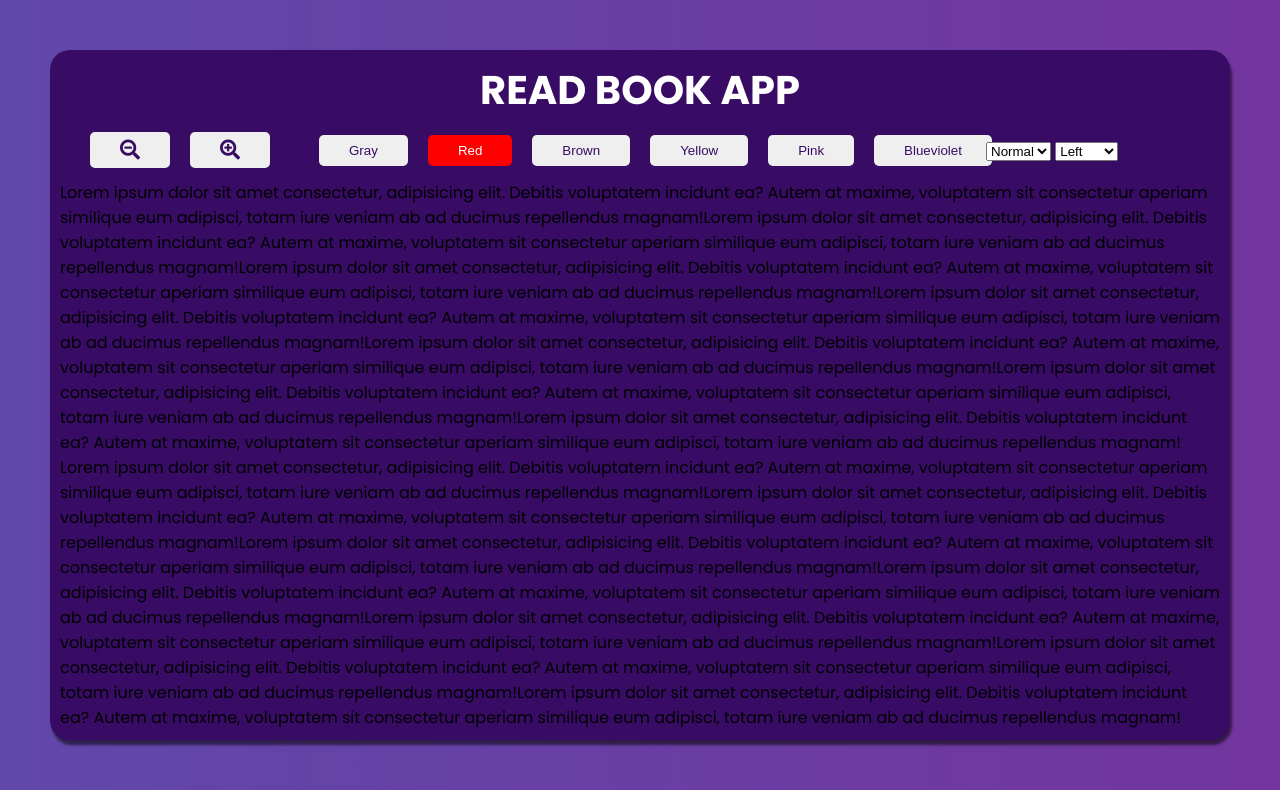
Repository: dinhconglam2306/frontend_tu_xa
Page: b09/02-reading-info/index.html
The author's editor kept a copy of each file at every save. The page is drawn from the files as they stood at one save, then again after the next save.
The browser window is 1280 px wide. The pictures show the whole page.
Some web libraries are served in a nearby version. The style sheet was rebuilt from its Sass, Less or Tailwind sources for each picture, by a compiler version that may differ from the author's.

Above is the page before, as saved 2021-04-25 06:39:31.

After the next save:
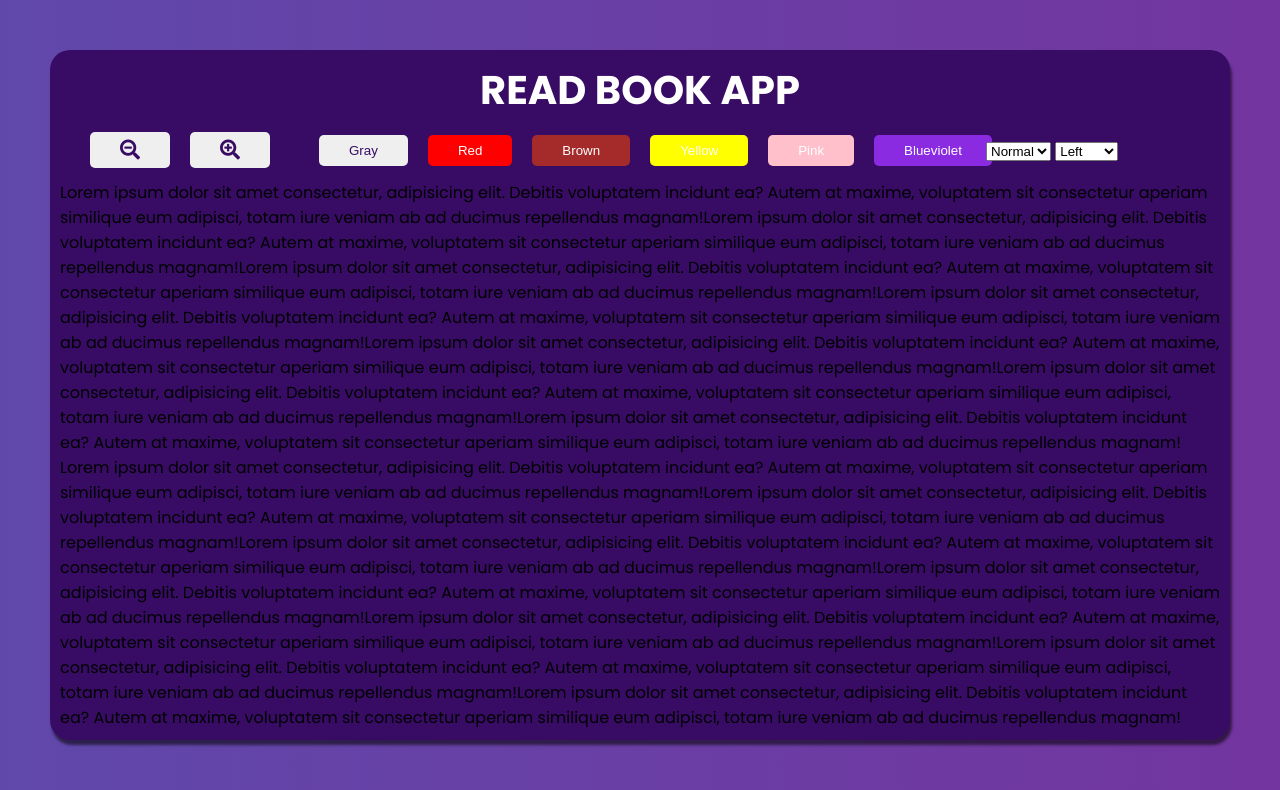
Saved 69 s later.
--- a/b09/02-reading-info/style.scss
+++ b/b09/02-reading-info/style.scss
@@ -107,6 +107,22 @@ img {
           background-color: red;
           color: white;
         }
+        &-yellow {
+          background-color: yellow;
+          color: white;
+        }
+        &-brown {
+          background-color: brown;
+          color: white;
+        }
+        &-pink {
+          background-color: pink;
+          color: white;
+        }
+        &-blueviolet {
+          background-color: blueviolet;
+          color: white;
+        }
       }
     }
     &-select {
